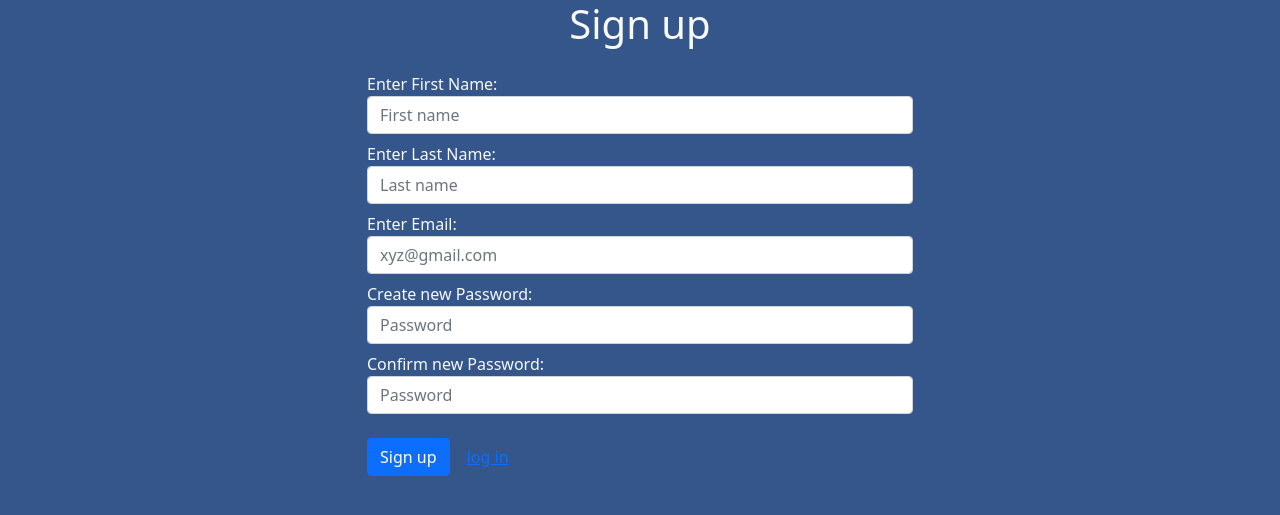
Repository: paresh-art/MyWebsite
Page: http://localhost/com.website/index.jsp
An editor plug-in stored every save of this project. The page is shown before and after the next save, followed by the edit.
The browser window is 1280 px wide. The pictures show the whole page.
The page is served by Tomcat 9.

Above is the page before, as saved 2022-11-07 15:19:32.

After the next save:
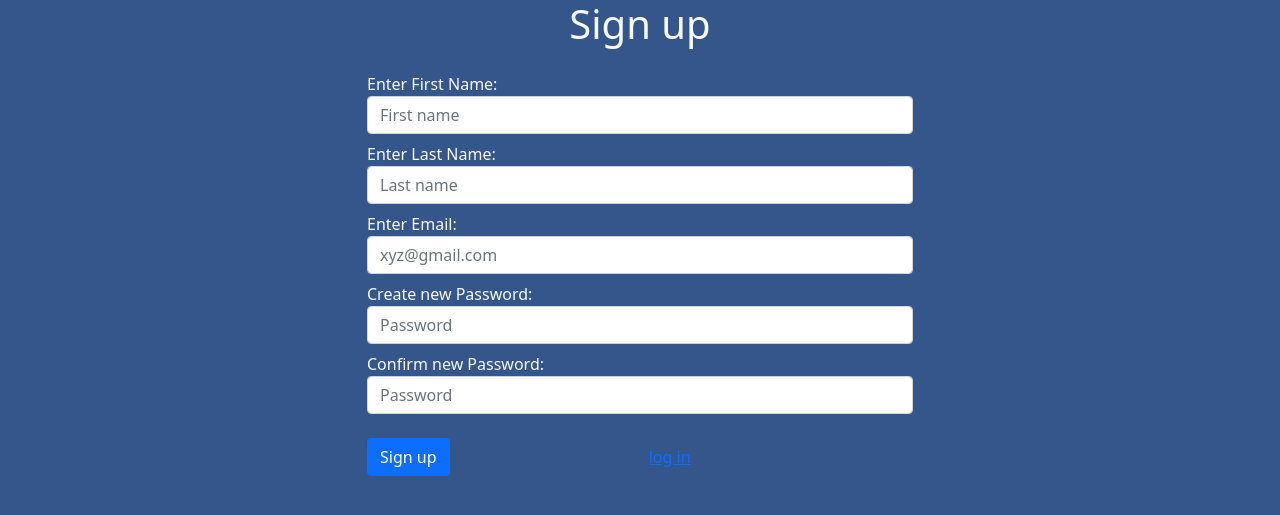
Saved 47 s later.
--- a/com.website/src/main/webapp/index.jsp
+++ b/com.website/src/main/webapp/index.jsp
@@ -55,7 +55,7 @@
 			<div class="row">
 				<div class="col-lg-6 col-md-8 col-sm-12 mx-auto text-light">
 					<button class="btn btn-primary " type="submit">Sign up</button>
-					<button type="button" class="btn btn-link">log in</button>
+					<button type="button" class="btn btn-link offset-4">log in</button>
 				</div>
 
 			</div>

After the save that followed:
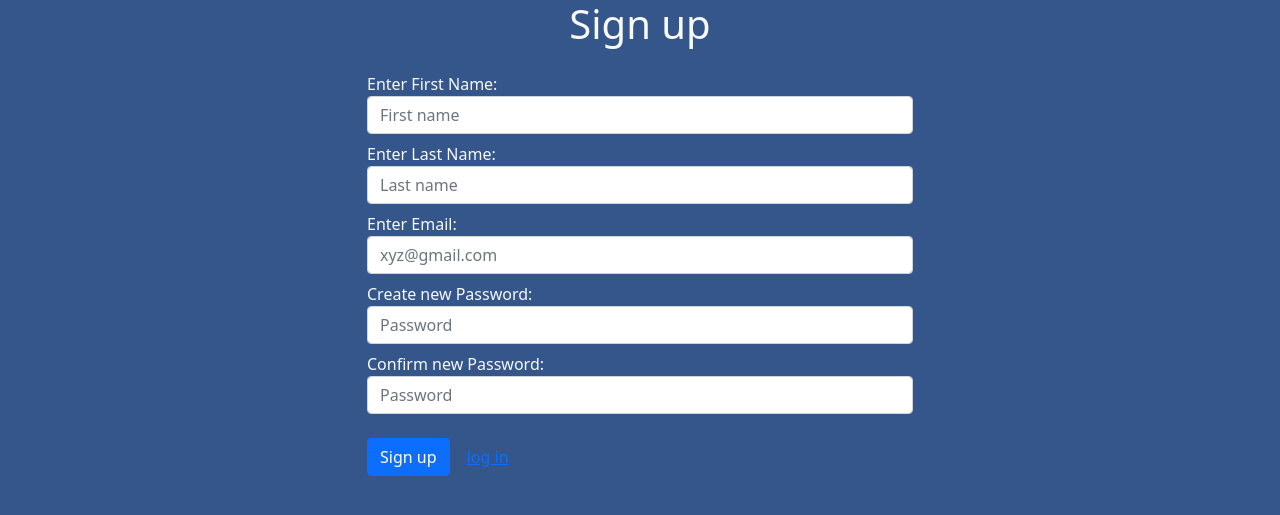
Saved 15 s later.
--- a/com.website/src/main/webapp/index.jsp
+++ b/com.website/src/main/webapp/index.jsp
@@ -55,7 +55,7 @@
 			<div class="row">
 				<div class="col-lg-6 col-md-8 col-sm-12 mx-auto text-light">
 					<button class="btn btn-primary " type="submit">Sign up</button>
-					<button type="button" class="btn btn-link offset-4">log in</button>
+					<button type="button" class="btn btn-link offset-12">log in</button>
 				</div>
 
 			</div>
